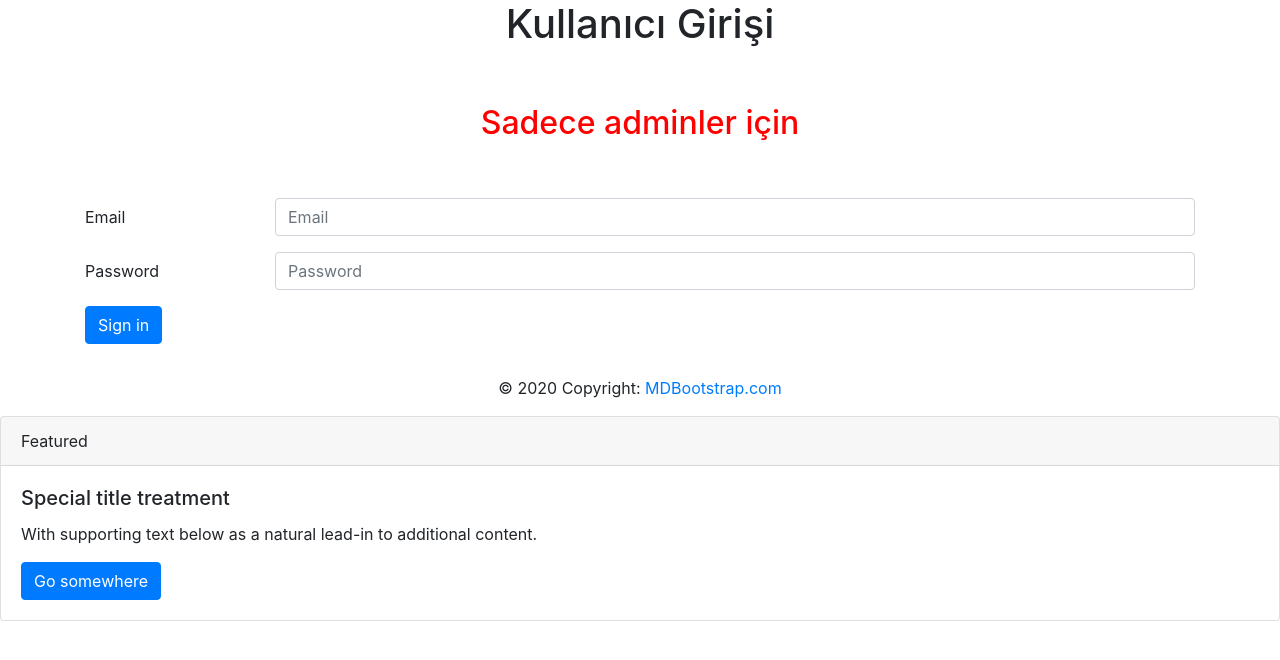
Repository: CengoCengo/NodeBlogCengo
Page: views/admin/signup.ejs
The author's editor kept a copy of each file at every save. The page is drawn from the files as they stood at one save, then again after the next save.
The browser window is 1280 px wide. The pictures show the whole page.
The page is served by the project's Node server (server.js). Other server files are loaded and not shown. The template is opened directly, without the code that normally fills it, so the values that code supplies are empty.

Above is the page before, as saved 2020-02-26 00:28:09.

### views/admin/signup.ejs
<%- include ("../partials/signHead") -%>
    <div class="container">

        <h1 style="text-align: center;">Kullanıcı Girişi</h1>
        <br><br>

        <h2 style="text-align: center; color:red;">Sadece adminler için</h2>
        <br><br>
        <form>
            <div class="form-group row">
              <label for="inputEmail3" class="col-sm-2 col-form-label">Email</label>
              <div class="col-sm-10">
                <input type="email" class="form-control" id="inputEmail3" placeholder="Email">
              </div>
            </div>
            <div class="form-group row">
              <label for="inputPassword3" class="col-sm-2 col-form-label">Password</label>
              <div class="col-sm-10">
                <input type="password" class="form-control" id="inputPassword3" placeholder="Password">
              </div>
            </div>
            <div class="form-group row">
              <div class="col-sm-10">
                <button type="submit" class="btn btn-primary">Sign in</button>
              </div>
            </div>
          </form>


    </div>
    <%- include ("../partials/signFooter") -%>

### views/partials/signHead.ejs
<!DOCTYPE html>
<html lang="en">
<head>
    <meta charset="UTF-8">
    <meta name="viewport" content="width=device-width, initial-scale=1.0">
    <title>SignIn</title>
    <link rel="stylesheet" href="https://stackpath.bootstrapcdn.com/bootstrap/4.3.1/css/bootstrap.min.css" integrity="sha384-ggOyR0iXCbMQv3Xipma34MD+dH/1fQ784/j6cY/iJTQUOhcWr7x9JvoRxT2MZw1T" crossorigin="anonymous">
    <script src="https://code.jquery.com/jquery-3.3.1.slim.min.js" integrity="sha384-q8i/X+965DzO0rT7abK41JStQIAqVgRVzpbzo5smXKp4YfRvH+8abtTE1Pi6jizo" crossorigin="anonymous"></script>
    <script src="https://cdnjs.cloudflare.com/ajax/libs/popper.js/1.14.7/umd/popper.min.js" integrity="sha384-UO2eT0CpHqdSJQ6hJty5KVphtPhzWj9WO1clHTMGa3JDZwrnQq4sF86dIHNDz0W1" crossorigin="anonymous"></script>
    <script src="https://stackpath.bootstrapcdn.com/bootstrap/4.3.1/js/bootstrap.min.js" integrity="sha384-JjSmVgyd0p3pXB1rRibZUAYoIIy6OrQ6VrjIEaFf/nJGzIxFDsf4x0xIM+B07jRM" crossorigin="anonymous"></script>

</head>

<body>

### views/partials/signFooter.ejs



<!-- Footer -->


    <!-- Copyright -->
    <div class="footer-copyright text-center py-3">© 2020 Copyright:
      <a href="https://mdbootstrap.com/"> MDBootstrap.com</a>
    </div>
    <!-- Copyright -->
    <div class="card">
        <div class="card-header">
          Featured
        </div>
        <div class="card-body">
          <h5 class="card-title">Special title treatment</h5>
          <p class="card-text">With supporting text below as a natural lead-in to additional content.</p>
          <a href="#" class="btn btn-primary">Go somewhere</a>
        </div>
      </div>


<!-- Footer -->

</body>

</html>

### server.js
//jshint esversion:6
const express = require("express");
const bodyParser = require("body-parser");
const app = express();
app.use(bodyParser.urlencoded({extended:true}));

//AppRoutes

const indexRoutes = require("./routes/indexRoutes");
const adminRoutes = require("./routes/adminRoutes");


//AppConfig
app.use(express.static("public"))

app.listen(3001, function(){

console.log("Server started on port 3000")

});

//RoutesUsing

app.use(indexRoutes);
app.use(adminRoutes)

const mongoose = require('mongoose');

mongoose.connect("mongodb://127.0.0.1:27017/CengoDB", {useNewUrlParser:true});

// article.save();

After the next save:
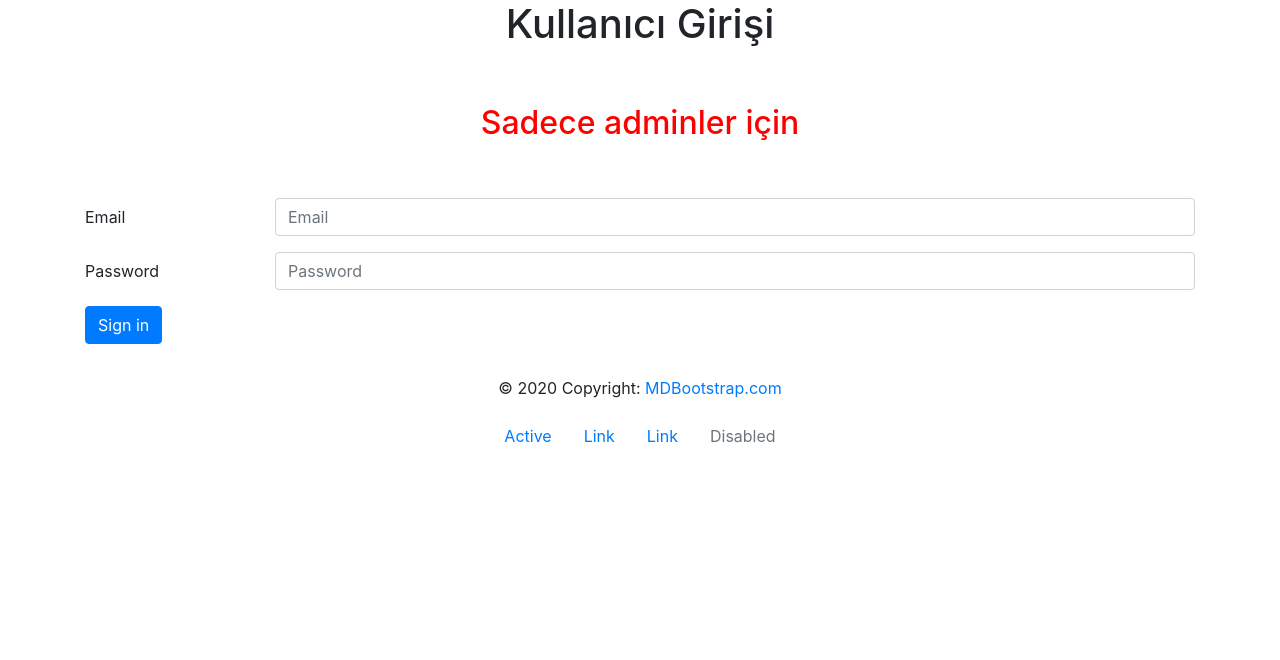
Saved 91 s later.
--- a/views/partials/signFooter.ejs
+++ b/views/partials/signFooter.ejs
@@ -9,16 +9,20 @@
       <a href="https://mdbootstrap.com/"> MDBootstrap.com</a>
     </div>
     <!-- Copyright -->
-    <div class="card">
-        <div class="card-header">
-          Featured
-        </div>
-        <div class="card-body">
-          <h5 class="card-title">Special title treatment</h5>
-          <p class="card-text">With supporting text below as a natural lead-in to additional content.</p>
-          <a href="#" class="btn btn-primary">Go somewhere</a>
-        </div>
-      </div>
+    <ul class="nav justify-content-center">
+        <li class="nav-item">
+          <a class="nav-link active" href="#">Active</a>
+        </li>
+        <li class="nav-item">
+          <a class="nav-link" href="#">Link</a>
+        </li>
+        <li class="nav-item">
+          <a class="nav-link" href="#">Link</a>
+        </li>
+        <li class="nav-item">
+          <a class="nav-link disabled" href="#" tabindex="-1" aria-disabled="true">Disabled</a>
+        </li>
+      </ul>
 
 
 <!-- Footer -->
